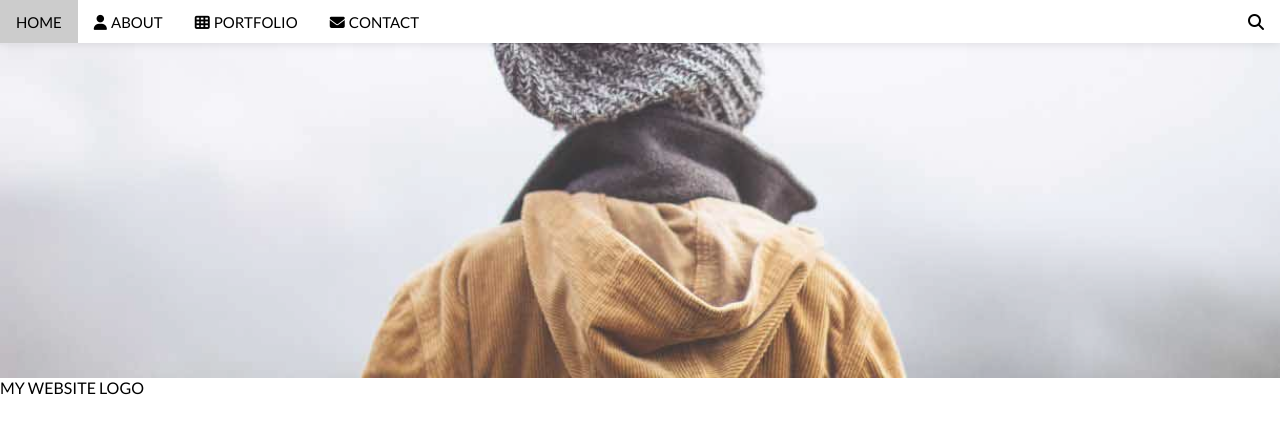
Repository: xd25vn/project-error
Page: index.html
These files come from the project's save history. The page is drawn as it stood at one moment and after the next save; the edit follows.
The browser window is 1280 px wide. The pictures show the whole page.

Above is the page before, as saved 2023-09-02 14:31:44.

### index.html
<html lang="en">
<head>
    <meta charset="UTF-8">
    <meta name="viewport" content="width=device-width, initial-scale=1.0">
    <title>TEMPLATE PARALLAX</title>
    <link rel="stylesheet" href="./assets/base.css">
    <link rel="stylesheet" href="./assets/main.css">
    <link rel="stylesheet" href="https://fonts.googleapis.com/css?family=Lato">
    <link rel="stylesheet" href="./assets/font/fontawesome-free-6.4.0-web/fontawesome-free-6.4.0-web/css/all.min.css">
</head>
<body>
    <!--! HEADER -->
    <header>
        <!--? NAV -->
        <ul id="nav">
            <li><a href="#">Home</a></li>
            <li><a href="#"><i class="fa-solid fa-user"></i>About</a></li>
            <li><a href="#"><i class="fa fa-th"></i>Portfolio</a></li>
            <li><a href="#"><i class="fa-solid fa-envelope"></i>contact</a></li>
        </ul>
        <div class="nav-icon-search">
            <i class="fa-solid fa-magnifying-glass"></i>
        </div>
        <!--? NAV -->
    </header>
    <!--! HEADER -->
    <!--& SIDEBAR -->
    <div id="sidebar">
        <div class="sidebar-img-one"></div>
        <div class="sideber-text-one">
            <span>MY WEBSITE LOGO</span>
        </div>
    </div>
    <!-- & SIDEBAR -->
    <div id="content">
        <div class="about">

        </div>

        <div class="portfolio">

        </div>

        <div class="my-work">

        </div>

        <div class="contact">

        </div>

        <div class="map-work">

        </div>
    </div>

    <footer id="footer">

    </footer>
</body>
</html>

### assets/base.css
* {
    margin: 0;
    padding: 0;
    box-sizing: border-box;
}
body {
    background-color: #fff;
    font-family: "Lato", sans-serif;
}

### assets/main.css
header #nav {
    display: flex;
    height: 43px;
    width: 100%;
    background-color: #fff;
    box-shadow: 0 0 10px rgba(0, 0, 0, 0.6);
    list-style: none;
    align-items: center;
    position: relative;
}

header #nav li {
    padding: 14px 16px;
    display: block;
}

header #nav li i {
    padding-right: 4px;
}

header
#nav
li a {
    text-decoration: none;
    color: #000;
    font-size: 15px;
    text-transform: uppercase;
}

header
#nav
li:hover {
    background: #ccc;
    cursor: pointer;
}

header
.nav-icon-search
i {
    position: absolute;
    top: 0;
    right: 0;
    padding: 14px 16px;
    text-align: center;
}

header .nav-icon-search:hover i {
    background-color: #f44336 !important;
    color: #fff;
    display: block;
    cursor: pointer;
}

#sidebar .sidebar-img-one {
    background: url(../assets/image/sidebar1.jpg) center / cover no-repeat;
    padding-top: calc(27% - 10.18px);
    opacity: 0.8;
    position: relative;
}

#sidebar .sidebar-text-one {
    background-color: #000;
    position: absolute;
}

Loaded but not shown: assets/font/fontawesome-free-6.4.0-web/fontawesome-free-6.4.0-web/css/all.min.css (library)

After the next save:
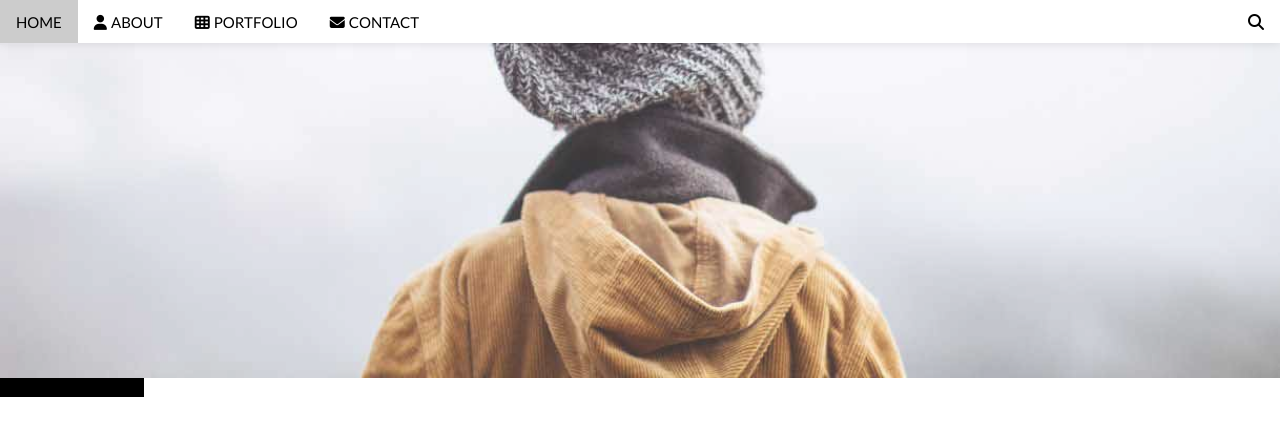
Saved 14 s later.
--- a/index.html
+++ b/index.html
@@ -27,7 +27,7 @@
     <!--& SIDEBAR -->
     <div id="sidebar">
         <div class="sidebar-img-one"></div>
-        <div class="sideber-text-one">
+        <div class="sidebar-text-one">
             <span>MY WEBSITE LOGO</span>
         </div>
     </div>
